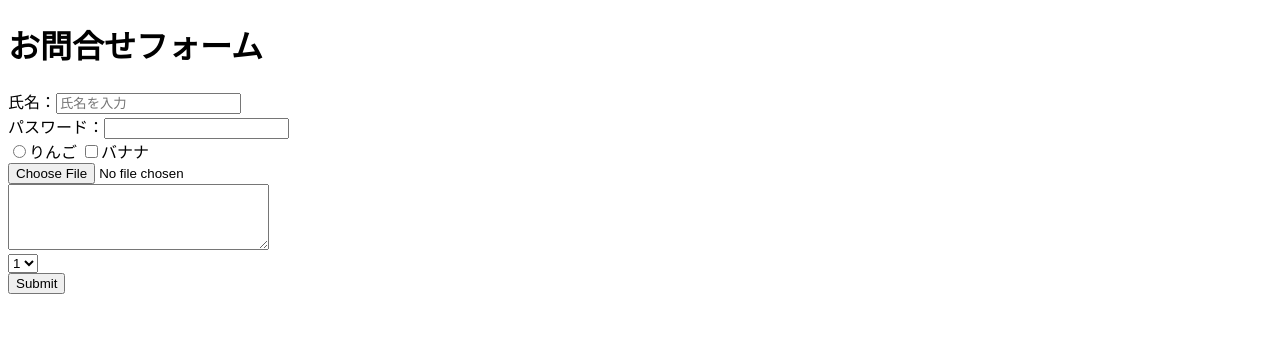
Repository: Jutta197/frontend726
Page: form.html
An editor plug-in stored every save of this project. The page is shown before and after the next save, followed by the edit.
The browser window is 1280 px wide. The pictures show the whole page.

Above is the page before, as saved 2023-07-27 15:28:04.

### form.html
<!DOCTYPE html>
<html lang="en">

<head>
    <meta charset="UTF-8">
    <meta name="viewport" content="width=device-width, initial-scale=1.0">
    <title>Document</title>
</head>

<body>
    <h1>お問合せフォーム</h1>
    <form action="" method="post">
        氏名：<input type="text" name="name" placeholder="氏名を入力" required><br>
        パスワード：<input type="password" name="password"><br>
        <input type="radio">りんご
        <input type="checkbox">バナナ<br>
        <input type="file"><br>
        <textarea name="" id="" cols="30" rows="4"></textarea><br>
        <select name="fruit" id="">
            <option value="">1</option>
            <option value="">2</option>
            <option value="">3</option>
        </select><br>

        <input type="submit">


    </form>


</body>

</html>

After the next save:
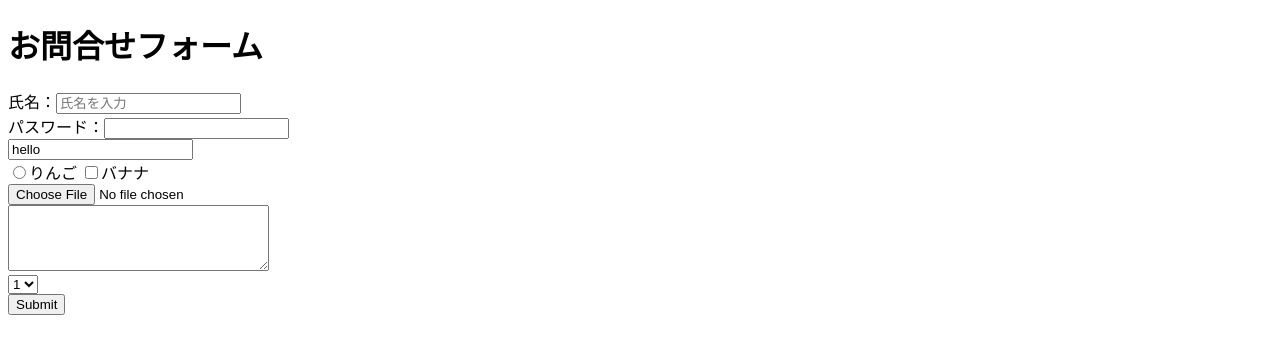
Saved 116 s later.
--- a/form.html
+++ b/form.html
@@ -12,6 +12,7 @@
     <form action="" method="post">
         氏名：<input type="text" name="name" placeholder="氏名を入力" required><br>
         パスワード：<input type="password" name="password"><br>
+        <input type="text" name="name" value="hello"><br>
         <input type="radio">りんご
         <input type="checkbox">バナナ<br>
         <input type="file"><br>
